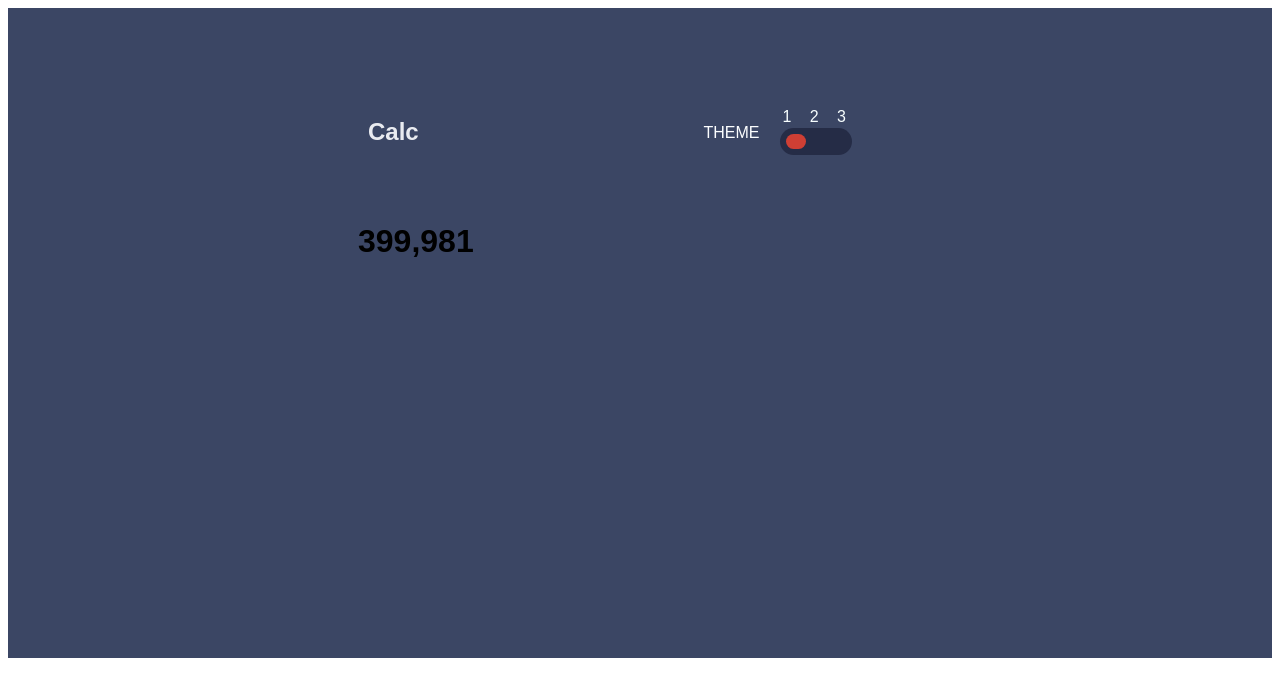
Repository: Bakyproit/Calcutor
Page: SimpleCalculatorApp.html
These files come from the project's save history. The page is drawn as it stood at one moment and after the next save; the edit follows.
The browser window is 1280 px wide. The pictures show the whole page.

Above is the page before, as saved 2022-02-09 16:07:19.

### SimpleCalculatorApp.html
<!DOCTYPE html>
<html lang="en">
<head>
    <meta charset="UTF-8">
    <meta http-equiv="X-UA-Compatible" content="IE=edge">
    <meta name="viewport" content="width=device-width, initial-scale=1.0">
    <title>SimpleCalculatorApp</title>
    <link rel="stylesheet" href="asset/App.css">
    <link rel="stylesheet" href="asset/grid.css">
</head>
<body>
    <div class="container">
        <div class="app">
            <div class="app__title">
                <h1 class="app__title-name">Calc</h1>
                <div class="app__title-theme">
                    <p class="app__title-theme-name">THEME</p>
                    <div class="app__title-theme-box">
                        <div class="app__title-theme-box-number">
                            <span class="app__title-theme-box-number-1">1</span>
                            <span class="app__title-theme-box-number-2">2</span>
                            <span class="app__title-theme-box-number-3">3</span>
                        </div>
                        <div class="app__title-theme-box-toggle">
                            <label for="toggle-input" class="toggle">
                                <input type="checkbox" id="toggle-input" class="toggle__checkbox">
                                <div class="toggle__bar">
                                    <div class="toggle__spin"></div>
                                </div>
                            </label>
                        </div>
                    </div>
                </div>
            </div>

            <div class="app__content">
                <h1 class="app__content-number">399,981</h1>
            </div>
        </div>
    </div>
</body>
</html>

### asset/App.css
html{
    font-family:Arial, Helvetica, sans-serif ;
    box-sizing: border-box;
    padding: 0 ;
    margin: 0;
}
h1{
    margin: 0;
}

.container{
    height: 650px;
    width: 100%;
    background-color: #3b4664;
    position: relative;
}
.app{
    width: 500px;
    position:absolute ;
    top:100px ;
    left:350px;

}
.app__title{
    display: flex;
    justify-content:space-between;

}
.app__title-name{
    color : #e9ebf0 ;
    font-size: 24px;
    padding: 10px;
}
.app__title-theme{
    display: flex;
}
.app__title-theme-name{
    color :20px ;
    color:#fcfeff ;
    margin-right: 16px;
}
.app__title-theme-box{
    display: flex;
    flex-direction: column;
    padding-right: 5px;
}
.app__title-theme-box-number{
    color : #f8ffff ;
}
.app__title-theme-box-number-1{
    padding: 0 7px;
}
.app__title-theme-box-number-2{
    padding: 0 7px;

}
.app__title-theme-box-number-3{
    padding: 0 7px;

}
.app__title-theme-box-toggle{
    padding-top: 2px;
    padding-left: 5px;
}
.toggle__checkbox{
    display: none;
}
.toggle__bar{
    width: 60px;
    height: 15px;
    background-color: #252c46;
    border-radius: 5rem;
    /* transition: background-color 4s linear; */
    padding: 6px;
}
.toggle__spin{
    width: 20px;
    height: 15px;
    background-color: #cf3f34;
    border-radius: 3rem;
    transition: transform .3s linear;
}
.toggle__checkbox:checked ~ .toggle__bar{
    background-color: #a2aac6;
}
.toggle__checkbox:checked + .toggle__bar .toggle__spin {
    transform: translateX(2.5rem);
}


.app__content{
    background-color: #181f32;
    margin:30px 0;
}
.app__content-number{
    padding: 35px 0;
    position: absolute;
    right:
}

### asset/grid.css
.grid {
    width: 100%;
    display: block;
    padding: 0;

}

.grid.wide {
    max-width: 1200px;
    margin: 0 auto;
}

.row {
    display: flex;
    flex-wrap: wrap;
    margin-left: -4px;
    margin-right: -4px;
}

.row.no-gutters {
    margin-left: 0;
    margin-right: 0;
}

.col {
    padding-left: 4px;
    padding-right: 4px;
}

.row.no-gutters .col {
    padding-left: 0;
    padding-right: 0;
}

.c-0 {
    display: none;
}

.c-1 {
    flex: 0 0 8.33333%;
    max-width: 8.33333%;
}

.c-2 {
    flex: 0 0 16.66667%;
    max-width: 16.66667%;
}

.c-3 {
    flex: 0 0 25%;
    max-width: 25%;
}

.c-4 {
    flex: 0 0 33.33333%;
    max-width: 33.33333%;
}

.c-5 {
    flex: 0 0 41.66667%;
    max-width: 41.66667%;
}

.c-6 {
    flex: 0 0 50%;
    max-width: 50%;
}

.c-7 {
    flex: 0 0 58.33333%;
    max-width: 58.33333%;
}

.c-8 {
    flex: 0 0 66.66667%;
    max-width: 66.66667%;
}

.c-9 {
    flex: 0 0 75%;
    max-width: 75%;
}

.c-10 {
    flex: 0 0 83.33333%;
    max-width: 83.33333%;
}

.c-11 {
    flex: 0 0 91.66667%;
    max-width: 91.66667%;
}

.c-12 {
    flex: 0 0 100%;
    max-width: 100%;
}

.c-o-1 {
    margin-left: 8.33333%;
}

.c-o-2 {
    margin-left: 16.66667%;
}

.c-o-3 {
    margin-left: 25%;
}

.c-o-4 {
    margin-left: 33.33333%;
}

.c-o-5 {
    margin-left: 41.66667%;
}

.c-o-6 {
    margin-left: 50%;
}

.c-o-7 {
    margin-left: 58.33333%;
}

.c-o-8 {
    margin-left: 66.66667%;
}

.c-o-9 {
    margin-left: 75%;
}

.c-o-10 {
    margin-left: 83.33333%;
}

.c-o-11 {
    margin-left: 91.66667%;
}

/* >= Tablet */
@media (min-width: 740px) {
    .row {
        margin-left: -8px;
        margin-right: -8px;
    }

    .col {
        padding-left: 8px;
        padding-right: 8px;
    }

    .m-0 {
        display: none;
    }

    .m-1,
    .m-2,
    .m-3,
    .m-4,
    .m-5,
    .m-6,
    .m-7,
    .m-8,
    .m-9,
    .m-10,
    .m-11,
    .m-12 {
        display: block;
    }

    .m-1 {
        flex: 0 0 8.33333%;
        max-width: 8.33333%;
    }

    .m-2 {
        flex: 0 0 16.66667%;
        max-width: 16.66667%;
    }

    .m-3 {
        flex: 0 0 25%;
        max-width: 25%;
    }

    .m-4 {
        flex: 0 0 33.33333%;
        max-width: 33.33333%;
    }

    .m-5 {
        flex: 0 0 41.66667%;
        max-width: 41.66667%;
    }

    .m-6 {
        flex: 0 0 50%;
        max-width: 50%;
    }

    .m-7 {
        flex: 0 0 58.33333%;
        max-width: 58.33333%;
    }

    .m-8 {
        flex: 0 0 66.66667%;
        max-width: 66.66667%;
    }

    .m-9 {
        flex: 0 0 75%;
        max-width: 75%;
    }

    .m-10 {
        flex: 0 0 83.33333%;
        max-width: 83.33333%;
    }

    .m-11 {
        flex: 0 0 91.66667%;
        max-width: 91.66667%;
    }

    .m-12 {
        flex: 0 0 100%;
        max-width: 100%;
    }

    .m-o-1 {
        margin-left: 8.33333%;
    }

    .m-o-2 {
        margin-left: 16.66667%;
    }

    .m-o-3 {
        margin-left: 25%;
    }

    .m-o-4 {
        margin-left: 33.33333%;
    }

    .m-o-5 {
        margin-left: 41.66667%;
    }

    .m-o-6 {
        margin-left: 50%;
    }

    .m-o-7 {
        margin-left: 58.33333%;
    }

    .m-o-8 {
        margin-left: 66.66667%;
    }

    .m-o-9 {
        margin-left: 75%;
    }

    .m-o-10 {
        margin-left: 83.33333%;
    }

    .m-o-11 {
        margin-left: 91.66667%;
    }
}

/* PC medium resolution > */
@media (min-width: 1113px) {
    .row {
        margin-left: -6px;
        margin-right: -6px;
    }

    .row.sm-gutter {
        margin-left: -5px;
        margin-right: -5px;
    }

    .col {
        padding-left: 6px;
        padding-right: 6px;
    }

    .row.sm-gutter .col {
        padding-left: 5px;
        padding-right: 5px;
    }

    .l-0 {
        display: none;
    }

    .l-1,
    .l-2,
    .l-2-4,
    .l-3,
    .l-4,
    .l-5,
    .l-6,
    .l-7,
    .l-8,
    .l-9,
    .l-10,
    .l-11,
    .l-12 {
        display: block;
    }

    .l-1 {
        flex: 0 0 8.33333%;
        max-width: 8.33333%;
    }

    .l-2 {
        flex: 0 0 16.66667%;
        max-width: 16.66667%;
    }

    .l-2-4 {
        flex: 0 0 20%;
        max-width: 20%;
    }

    .l-3 {
        flex: 0 0 25%;
        max-width: 25%;
    }

    .l-4 {
        flex: 0 0 33.33333%;
        max-width: 33.33333%;
    }

    .l-5 {
        flex: 0 0 41.66667%;
        max-width: 41.66667%;
    }

    .l-6 {
        flex: 0 0 50%;
        max-width: 50%;
    }

    .l-7 {
        flex: 0 0 58.33333%;
        max-width: 58.33333%;
    }

    .l-8 {
        flex: 0 0 66.66667%;
        max-width: 66.66667%;
    }

    .l-9 {
        flex: 0 0 75%;
        max-width: 75%;
    }

    .l-10 {
        flex: 0 0 83.33333%;
        max-width: 83.33333%;
    }

    .l-11 {
        flex: 0 0 91.66667%;
        max-width: 91.66667%;
    }

    .l-12 {
        flex: 0 0 100%;
        max-width: 100%;
    }

    .l-o-1 {
        margin-left: 8.33333%;
    }

    .l-o-2 {
        margin-left: 16.66667%;
    }

    .l-o-3 {
        margin-left: 25%;
    }

    .l-o-4 {
        margin-left: 33.33333%;
    }

    .l-o-5 {
        margin-left: 41.66667%;
    }

    .l-o-6 {
        margin-left: 50%;
    }

    .l-o-7 {
        margin-left: 58.33333%;
    }

    .l-o-8 {
        margin-left: 66.66667%;
    }

    .l-o-9 {
        margin-left: 75%;
    }

    .l-o-10 {
        margin-left: 83.33333%;
    }

    .l-o-11 {
        margin-left: 91.66667%;
    }
}

/* Tablet - PC low resolution */
@media (min-width: 740px) and (max-width: 1023px) {
    .wide {
        width: 644px;
    }
}

/* > PC low resolution */
@media (min-width: 1024px) and (max-width: 1239px) {
    .wide {
        width: 984px;
    }

    .wide .row {
        margin-left: -12px;
        margin-right: -12px;
    }

    .wide .row.sm-gutter {
        margin-left: -5px;
        margin-right: -5px;
    }

    .wide .col {
        padding-left: 12px;
        padding-right: 12px;
    }

    .wide .row.sm-gutter .col {
        padding-left: 5px;
        padding-right: 5px;
    }

    .wide .l-0 {
        display: none;
    }

    .wide .l-1,
    .wide .l-2,
    .wide .l-2-4,
    .wide .l-3,
    .wide .l-4,
    .wide .l-5,
    .wide .l-6,
    .wide .l-7,
    .wide .l-8,
    .wide .l-9,
    .wide .l-10,
    .wide .l-11,
    .wide .l-12 {
        display: block;
    }

    .wide .l-1 {
        flex: 0 0 8.33333%;
        max-width: 8.33333%;
    }

    .wide .l-2 {
        flex: 0 0 16.66667%;
        max-width: 16.66667%;
    }

    .wide .l-2-4 {
        flex: 0 0 20%;
        max-width: 20%;
    }

    .wide .l-3 {
        flex: 0 0 25%;
        max-width: 25%;
    }

    .wide .l-4 {
        flex: 0 0 33.33333%;
        max-width: 33.33333%;
    }

    .wide .l-5 {
        flex: 0 0 41.66667%;
        max-width: 41.66667%;
    }

    .wide .l-6 {
        flex: 0 0 50%;
        max-width: 50%;
    }

    .wide .l-7 {
        flex: 0 0 58.33333%;
        max-width: 58.33333%;
    }

    .wide .l-8 {
        flex: 0 0 66.66667%;
        max-width: 66.66667%;
    }

    .wide .l-9 {
        flex: 0 0 75%;
        max-width: 75%;
    }

    .wide .l-10 {
        flex: 0 0 83.33333%;
        max-width: 83.33333%;
    }

    .wide .l-11 {
        flex: 0 0 91.66667%;
        max-width: 91.66667%;
    }

    .wide .l-12 {
        flex: 0 0 100%;
        max-width: 100%;
    }

    .wide .l-o-1 {
        margin-left: 8.33333%;
    }

    .wide .l-o-2 {
        margin-left: 16.66667%;
    }

    .wide .l-o-3 {
        margin-left: 25%;
    }

    .wide .l-o-4 {
        margin-left: 33.33333%;
    }

    .wide .l-o-5 {
        margin-left: 41.66667%;
    }

    .wide .l-o-6 {
        margin-left: 50%;
    }

    .wide .l-o-7 {
        margin-left: 58.33333%;
    }

    .wide .l-o-8 {
        margin-left: 66.66667%;
    }

    .wide .l-o-9 {
        margin-left: 75%;
    }

    .wide .l-o-10 {
        margin-left: 83.33333%;
    }

    .wide .l-o-11 {
        margin-left: 91.66667%;
    }
}

After the next save:
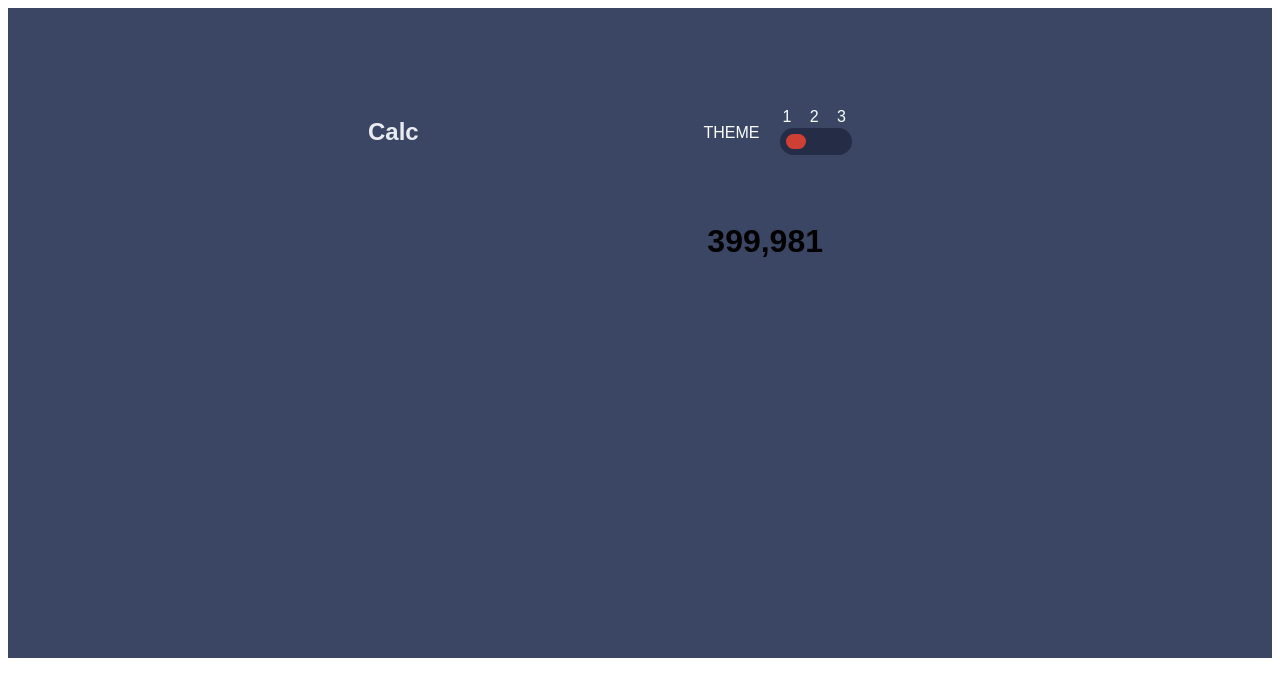
Saved 6 s later.
--- a/asset/App.css
+++ b/asset/App.css
@@ -95,5 +95,5 @@ h1{
 .app__content-number{
     padding: 35px 0;
     position: absolute;
-    right:
+    right: 35px ;
 }
